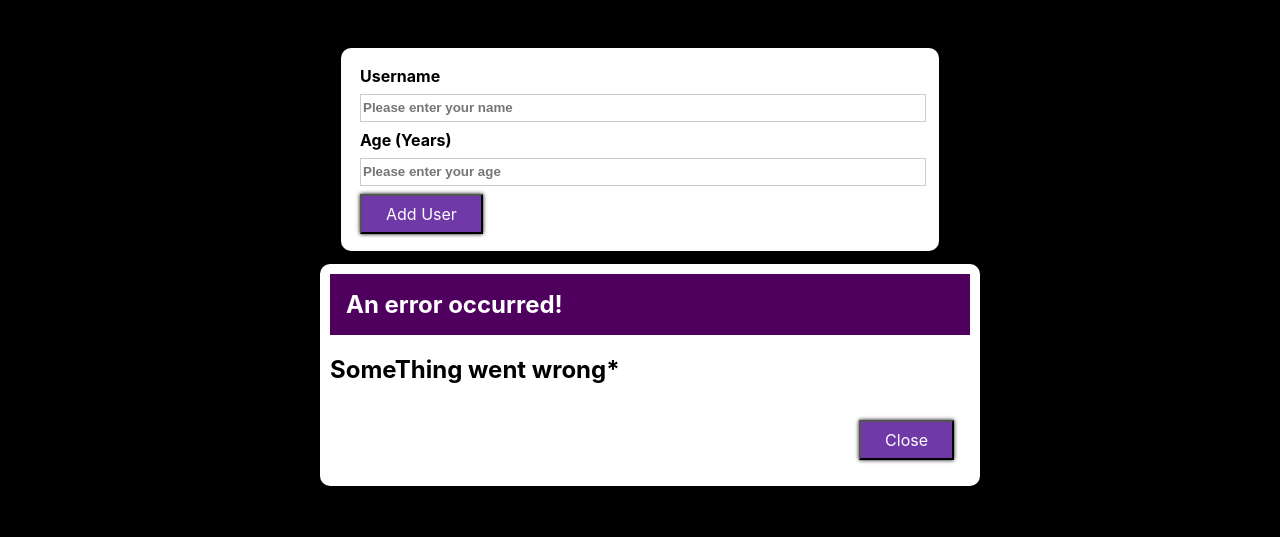
Repository: NamalPathirana/section-eight
Page: /
The author's editor kept a copy of each file at every save. The page is drawn from the files as they stood at one save, then again after the next save.
The browser window is 1280 px wide. The pictures show the whole page.
The project was rebuilt for these pictures with package versions that can differ from the ones it lists, and the page was loaded fresh each time. Also part of the build but not shown: src/App.module.css.

Above is the page before, as saved 2021-12-04 14:30:49.

After the next save:
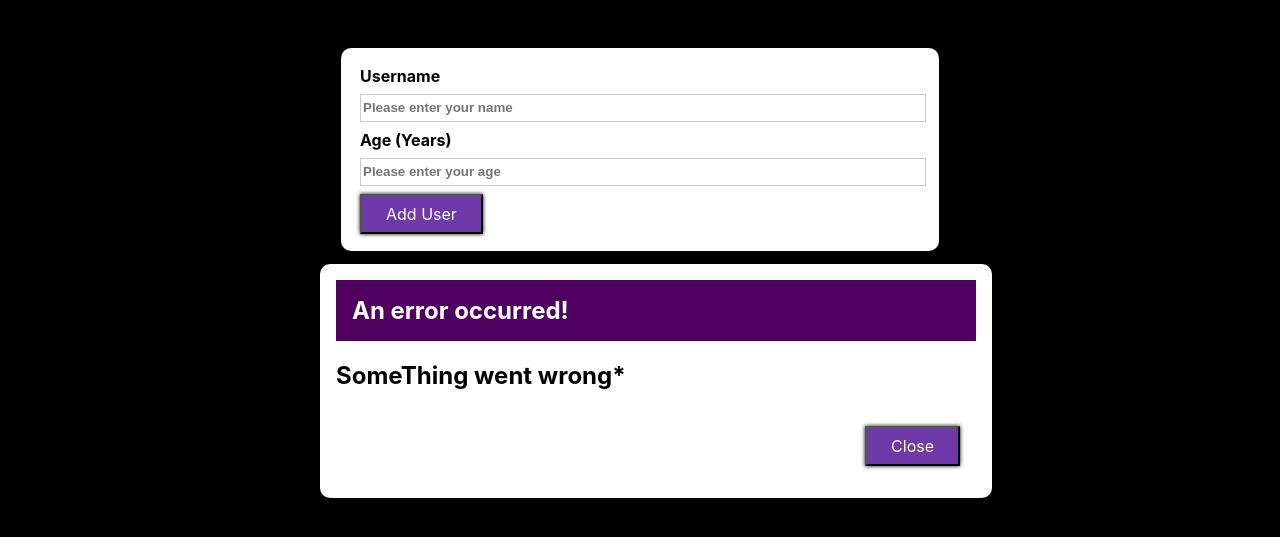
Saved 11 s later.
--- a/src/UI/ErrorModal/ErrorModal.module.css
+++ b/src/UI/ErrorModal/ErrorModal.module.css
@@ -5,7 +5,7 @@
   width: 80%;
   z-index: 100;
   overflow: hidden;
-  padding: 10px 10px !important;
+  padding: 1rem 1rem !important;
 }
 
 .header {
